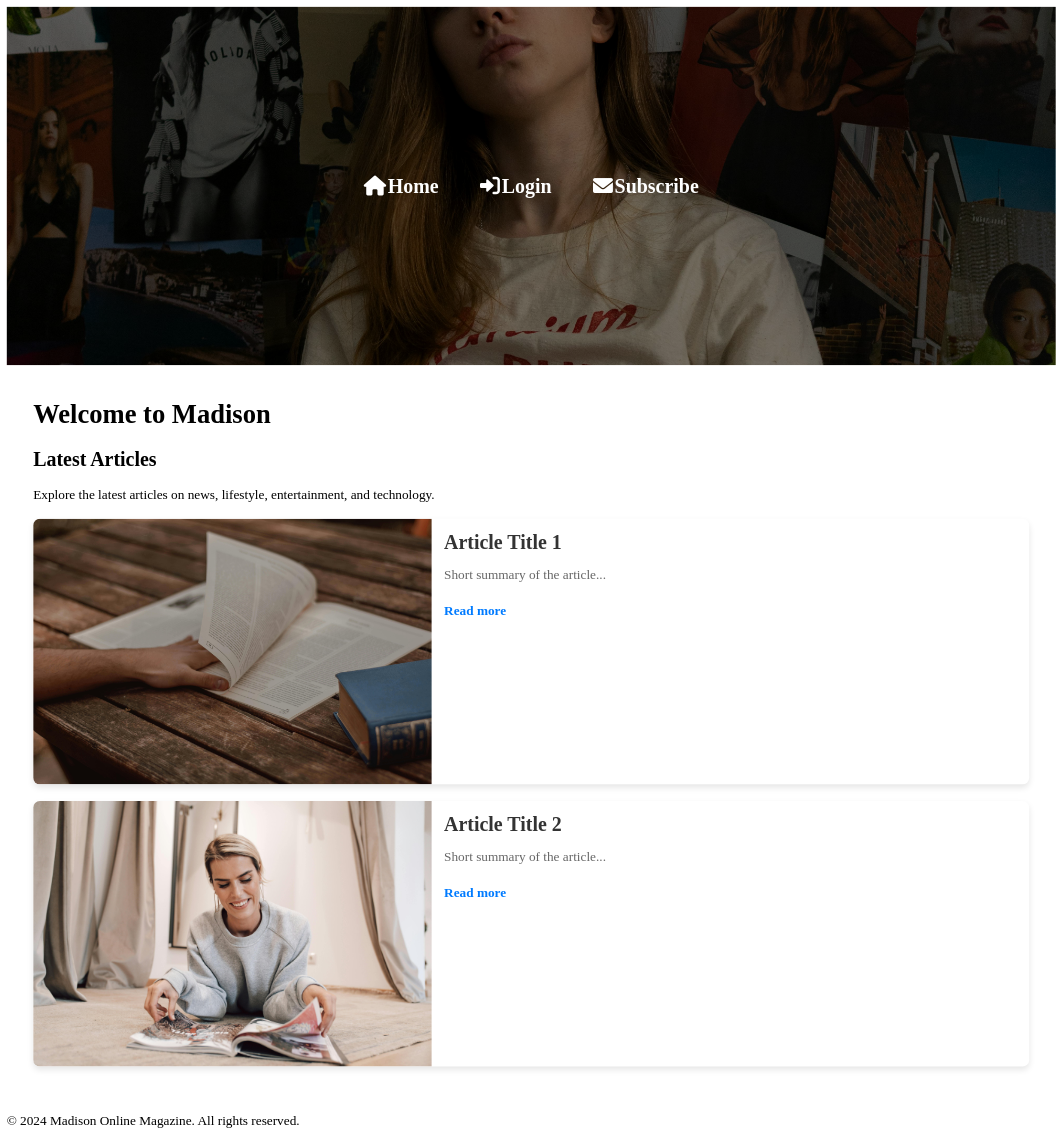
Repository: Anukb/Madison-Magazine-
Page: http://localhost/
These files come from the project's save history. The page is drawn as it stood at one moment and after a run of saves; the edit follows.
The browser window is 1280 px wide. The pictures show the whole page, at 83% of full size.
The page is served by the project's application, run on Django 5.2 (manage.py).

Above is the page before, as saved 2024-08-13 06:44:16.

After the next 3 saves:
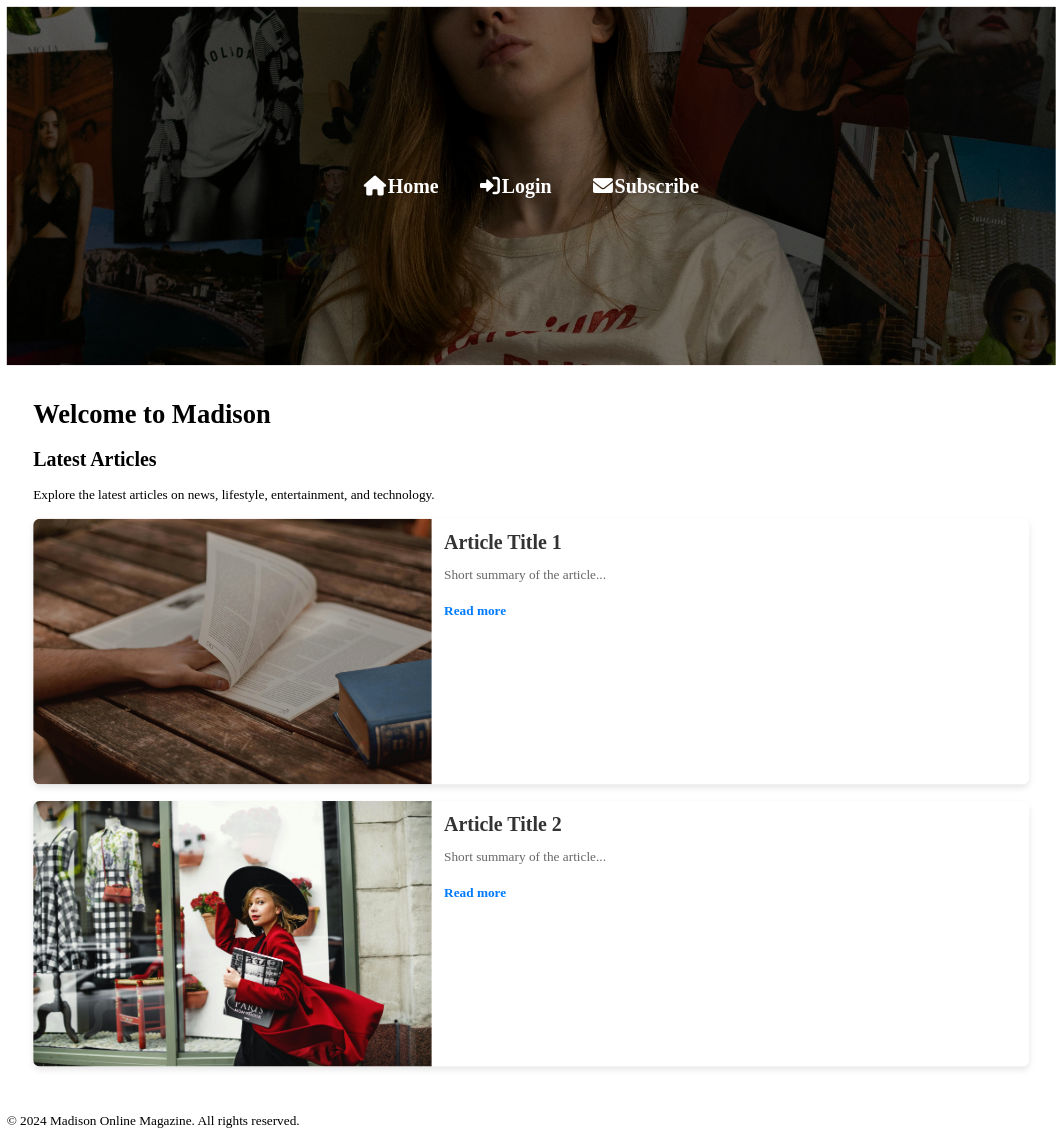
The 3 saves are shown as one change because they came seconds apart.
The last was saved 13 s later.
--- a/myapp/templates/home.html
+++ b/myapp/templates/home.html
@@ -41,7 +41,7 @@
                     </div>
                 </div>
                 <div class="card">
-                    <img src="{% static 'images/img3.jpg' %}" alt="Article 2 Image" class="card-img">
+                    <img src="{% static 'images/img4.jpg' %}" alt="Article 2 Image" class="card-img">
                     <div class="card-content">
                         <h3>Article Title 2</h3>
                         <p>Short summary of the article...</p>
